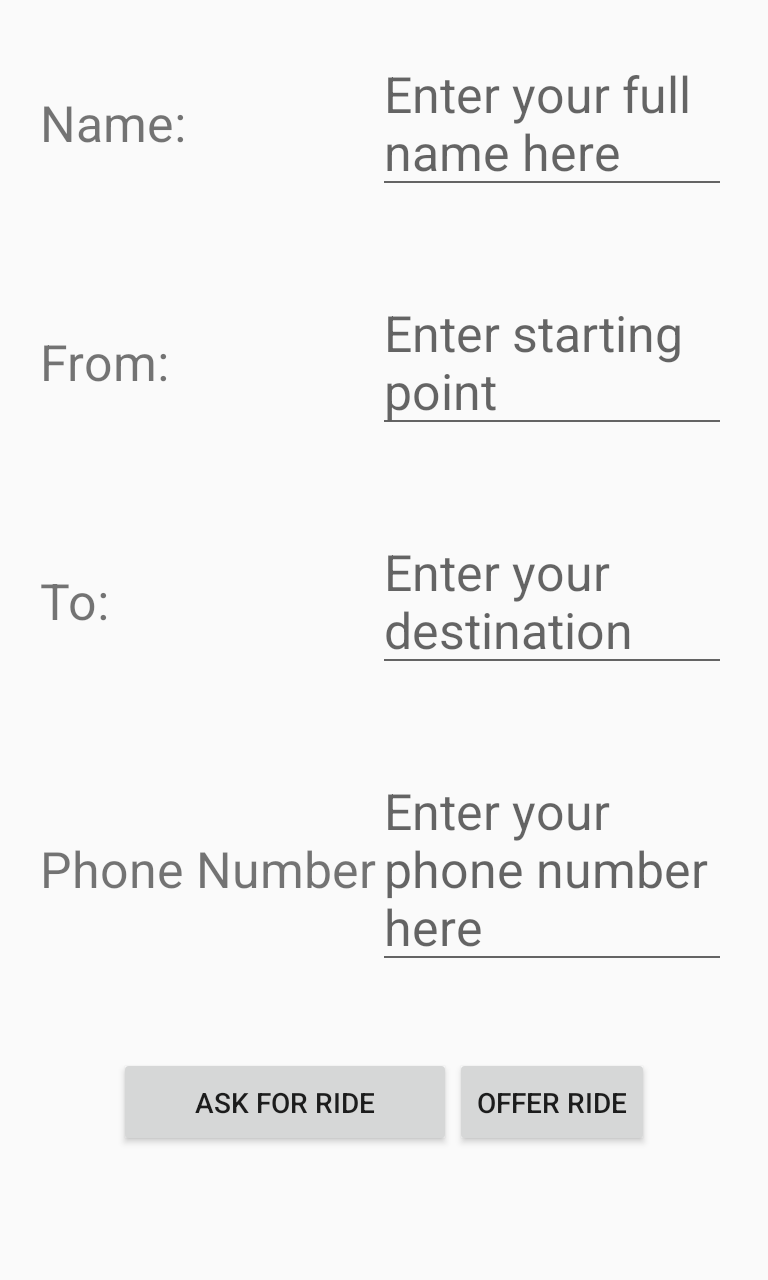
Repository: TewodrosT/LiLY
Layout: TransportationLily/res/layout/activity_main.xml
The author's editor kept a copy of each file at every save. The layout is drawn from the files as they stood at one save, then again after the next save.
It is drawn on a 768 x 1280 px phone screen (xhdpi) without system bars, with theme AppTheme; the app's code is not run.

Above is the layout before, as saved 2014-08-06 11:24:55.

### TransportationLily/res/layout/activity_main.xml
<LinearLayout xmlns:android="http://schemas.android.com/apk/res/android"
    xmlns:tools="http://schemas.android.com/tools"
    android:layout_width="match_parent"
    android:layout_height="match_parent"
    android:orientation="vertical"
    tools:context="com.example.transportationlily.MainActivity" >

    <TableLayout
        android:layout_width="match_parent"
        android:layout_height="match_parent" >


        <TableRow
            android:layout_width="wrap_content"
            android:layout_height="wrap_content"
            android:layout_margin="20sp" >

            <TextView
                android:layout_width="wrap_content"
                android:layout_height="wrap_content"
                android:text="@string/senior_name"
                android:textSize="25sp" />

            <EditText
                android:id="@+id/to"
                android:layout_width="0dp"
                android:layout_height="wrap_content"
                android:layout_weight="1"
                android:hint="@string/typein_name"
                android:textSize="25sp" />
        </TableRow>

       <TableRow
            android:layout_width="wrap_content"
            android:layout_height="wrap_content"
            android:layout_margin="20sp" >

            <TextView
                android:layout_width="wrap_content"
                android:layout_height="wrap_content"
                android:text="@string/starting_point"
                android:textSize="25sp" />

            <EditText
                android:id="@+id/from"
                android:layout_width="0dp"
                android:layout_height="wrap_content"
                android:layout_weight="1"
                android:hint="@string/starting_location"
                android:textSize="25sp" />
        </TableRow>

        <TableRow
            android:layout_width="wrap_content"
            android:layout_height="wrap_content"
            android:layout_margin="20sp" >

            <TextView
                android:layout_width="wrap_content"
                android:layout_height="wrap_content"
                android:text="@string/destination_point"
                android:textSize="25sp" />

            <EditText

                android:layout_width="0dp"
                android:layout_height="wrap_content"
                android:layout_weight="1"
                android:hint="@string/ending_location"
                android:textSize="25sp" />
        </TableRow>

         <TableRow
            android:layout_width="wrap_content"
            android:layout_height="wrap_content"
            android:layout_margin="20sp" >

            <TextView
                android:layout_width="wrap_content"
                android:layout_height="wrap_content"
                android:text="@string/contact_info"
                android:textSize="25sp" />

            <EditText

                android:layout_width="0dp"
                android:layout_height="wrap_content"
                android:layout_weight="1"
                android:hint="@string/phone_number"
                android:textSize="25sp" />
        </TableRow>

      <TableRow
            android:layout_width="wrap_content"
            android:layout_height="wrap_content"
            android:layout_margin="20sp"
            android:gravity="center_horizontal" >
      <Button
        android:layout_width="wrap_content"
        android:layout_height="wrap_content"
        android:text="@string/button_askride"
        android:onClick="sendMessage" />

     <Button
        android:layout_width="wrap_content"
        android:layout_height="wrap_content"
        android:text="@string/button_offerride"
        android:onClick="sendMessage" />
     </TableRow>

    </TableLayout>

</LinearLayout>

### TransportationLily/res/values/strings.xml
<?xml version="1.0" encoding="utf-8"?>
<resources>

    <string name="app_name">TransportationLily</string>
    <string name="hello_world">Hello world!</string>
    <string name="action_settings">Settings</string>
    <string name= "starting_point">From: </string>
    <string name="starting_location">Enter starting point</string>
    <string name= "destination_point">To: </string>
    <string name="ending_location">Enter your destination</string>
    <string name= "senior_name"> Name: </string>
    <string name= "typein_name"> Enter your full name here</string>
    <string name= "contact_info"> Phone Number</string>
    <string name= "phone_number"> Enter your phone number here</string>
    <string name = "button_askride"> Ask for ride</string>
    <string name = "button_offerride"> Offer ride</string>
</resources>

Loaded but not shown: TransportationLily/res/values/styles.xml (common file); TransportationLily/res/values-v11/styles.xml (common file); TransportationLily/res/values-v14/styles.xml (common file)

After the next save:
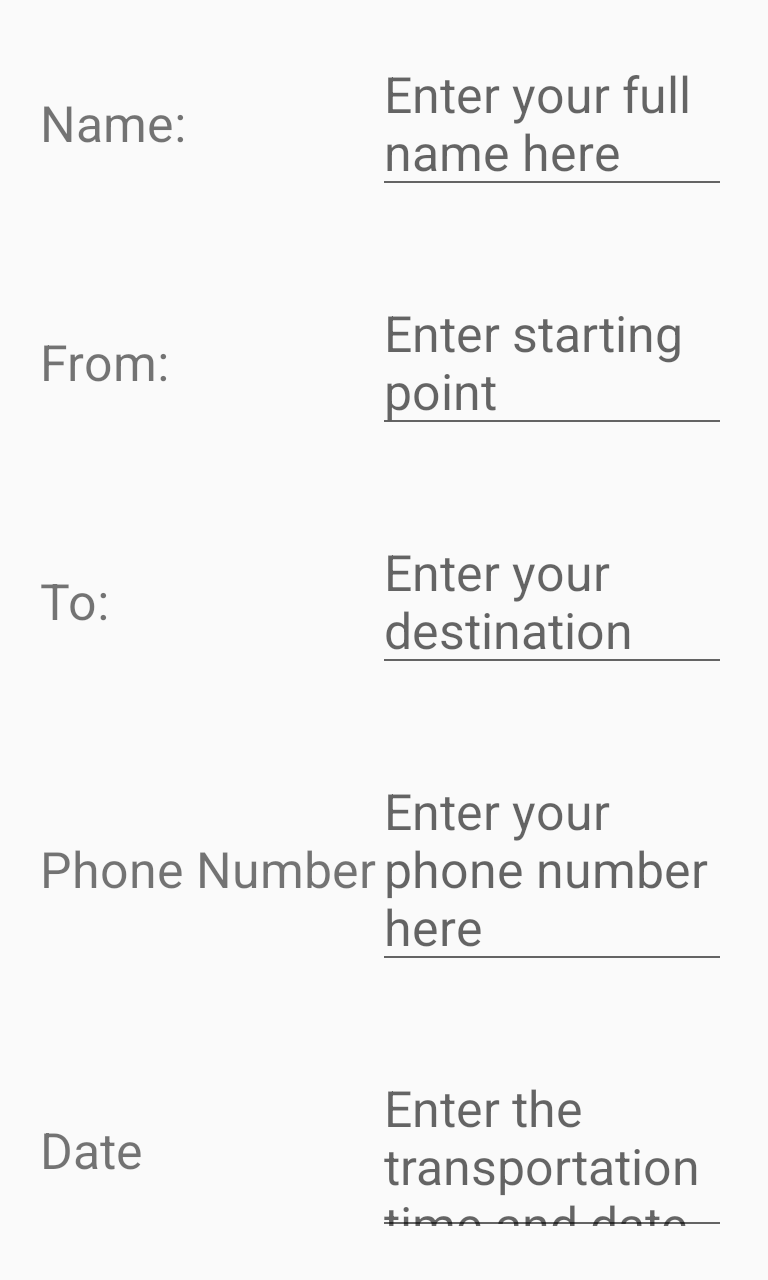
Saved 3 min 21 s later.
--- a/TransportationLily/res/layout/activity_main.xml
+++ b/TransportationLily/res/layout/activity_main.xml
@@ -93,6 +93,27 @@
       <TableRow
             android:layout_width="wrap_content"
             android:layout_height="wrap_content"
+            android:layout_margin="20sp" >
+
+            <TextView
+                android:layout_width="wrap_content"
+                android:layout_height="wrap_content"
+                android:text="@string/date_time"
+                android:textSize="25sp" />
+
+            <EditText
+
+                android:layout_width="0dp"
+                android:layout_height="wrap_content"
+                android:layout_weight="1"
+                android:hint="@string/typein_date"
+                android:textSize="25sp" />
+        </TableRow>
+
+
+      <TableRow
+            android:layout_width="wrap_content"
+            android:layout_height="wrap_content"
             android:layout_margin="20sp"
             android:gravity="center_horizontal" >
       <Button
--- a/TransportationLily/res/values/strings.xml
+++ b/TransportationLily/res/values/strings.xml
@@ -14,4 +14,6 @@
     <string name= "phone_number"> Enter your phone number here</string>
     <string name = "button_askride"> Ask for ride</string>
     <string name = "button_offerride"> Offer ride</string>
+    <string name = "date_time"> Date </string>
+    <string name = "typein_date"> Enter the transportation time and date here</string>
 </resources>
